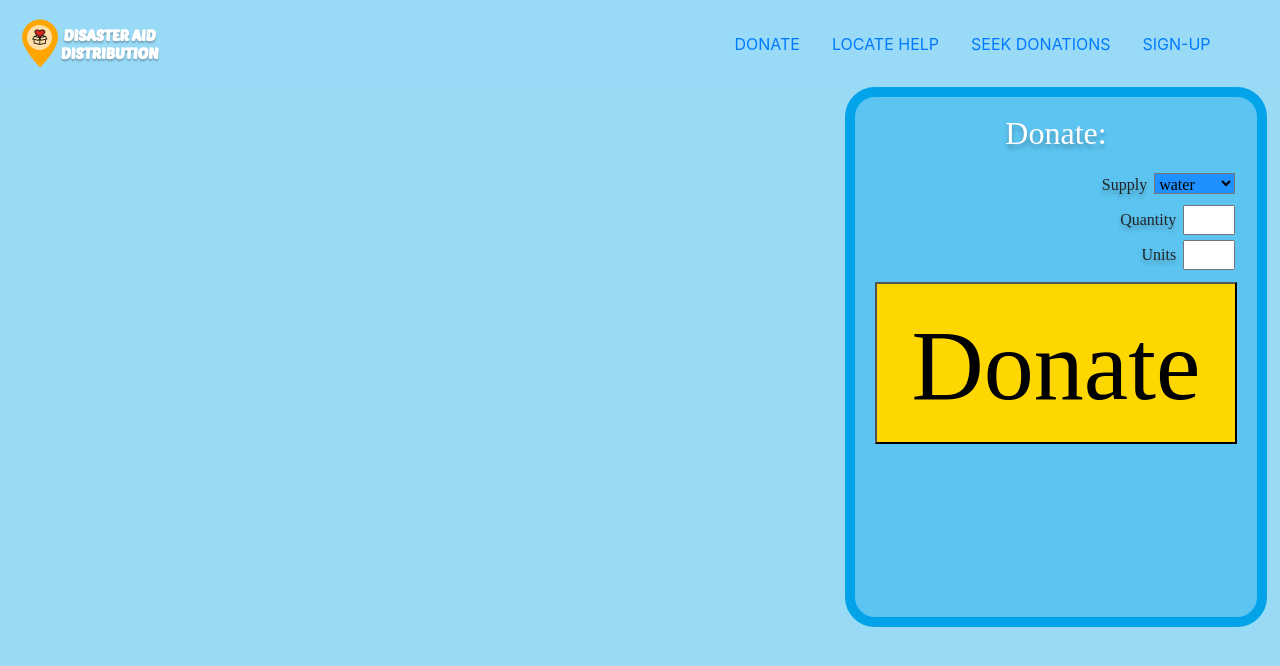
Repository: uprm-inso-4115-2019-2020-S2/semester-project-inso4115-DisasterAid-backend
Page: /donate-modal (app in disaster-aid/)
The author's editor kept a copy of each file at every save. The page is drawn from the files as they stood at one save, then again after the next save.
The browser window is 1280 px wide. The pictures show the whole page.
The project was rebuilt for these pictures with package versions that can differ from the ones it lists, and the page was loaded fresh each time. Also part of the build but not shown: disaster-aid/angular.json, disaster-aid/src/app/login/login.component.ts, disaster-aid/src/app/register/register.component.ts, disaster-aid/src/app/home/home.component.ts, disaster-aid/src/app/landing-page/landing-page.component.ts, disaster-aid/src/app/donations/donations.component.ts, disaster-aid/src/app/donations.service.ts.

Above is the page before, as saved 2020-05-09 02:01:04.

### disaster-aid/src/index.html
<!doctype html>
<html lang="en">
<head>
  <meta charset="utf-8">
  <title>DisasterAid</title>
  <base href="/">
  <meta name="viewport" content="width=device-width, initial-scale=1">
  <link rel="icon" type="image/x-icon" href="favicon.ico">
</head>
<body>
  <app-root></app-root>
</body>
</html>

### disaster-aid/src/styles.css
/* You can add global styles to this file, and also import other style files */

html { background-color:rgba(2, 163, 232, 0.4); }

### disaster-aid/src/app/app.module.ts
import { BrowserModule } from '@angular/platform-browser';
import { NgModule } from '@angular/core';
import { FormsModule, ReactiveFormsModule } from '@angular/forms';



import { AppRoutingModule } from './app-routing.module';
import { AppComponent } from './app.component';
import { RegisterComponent } from './register/register.component';
import { LoginComponent } from './login/login.component';
import { HttpClientModule } from '@angular/common/http';
import { HomeComponent } from './home/home.component'
import { UserApiService } from './userapi.service';
import { LandingPageComponent } from './landing-page/landing-page.component';
import { DonationsComponent } from './donations/donations.component';
import { DonateModalComponent } from './donate-modal/donate-modal.component';


@NgModule({
  declarations: [
    AppComponent,
    RegisterComponent,
    LoginComponent,
    HomeComponent,
    LandingPageComponent,
    DonationsComponent,
    DonateModalComponent,
  ],
  imports: [
    BrowserModule,
    AppRoutingModule,
    FormsModule,
    ReactiveFormsModule,
    HttpClientModule
  ],
  providers: [UserApiService],
  bootstrap: [AppComponent]
})
export class AppModule { }

### disaster-aid/src/app/app-routing.module.ts
import { NgModule } from '@angular/core';
import { Routes, RouterModule } from '@angular/router';
import {LoginComponent} from './login/login.component';
import { RegisterComponent } from './register/register.component';
import { HomeComponent } from './home/home.component';
import { LandingPageComponent } from './landing-page/landing-page.component';
import { DonationsComponent } from './donations/donations.component';
import { DonateModalComponent} from './donate-modal/donate-modal.component';


const routes: Routes = [
  { path: '', redirectTo: '/landing_page', pathMatch: 'full'}, //Make home the default landing page
  { path: 'register', component: RegisterComponent},
  { path: 'login', component: LoginComponent },
  { path: 'home', component: HomeComponent},
  { path: 'landing_page', component: LandingPageComponent },
  { path: 'my-donations', component: DonationsComponent },
  { path: 'donate-modal', component: DonateModalComponent},

];

@NgModule({
  imports: [RouterModule.forRoot(routes)],
  exports: [RouterModule]
})
export class AppRoutingModule { }

### disaster-aid/src/app/app.component.ts
import { Component } from '@angular/core';

@Component({
  selector: 'app-root',
  templateUrl: './app.component.html',
  styleUrls: ['./app.component.css']
})
export class AppComponent {
  title = 'disaster-aid';
}

### disaster-aid/src/app/userapi.service.ts
import { Injectable } from '@angular/core';
import { HttpClient, HttpErrorResponse, HttpHeaders } from '@angular/common/http';
import { User } from './user';
import { Observable, throwError } from 'rxjs';
import { catchError } from 'rxjs/operators';


@Injectable({
  providedIn: 'root'
})
export class UserApiService {

  constructor(private httpClient:HttpClient) { }

  private _handleError(error: HttpErrorResponse | any) {
    let data = {};
                data = {
                    reason: error && error.error.reason ? error.error.reason : '',
                    status: error.status
                };
                console.error(data);
                return throwError(error);
  }

    public server:String = " http://localhost:5000/";

   public getUsers() : Observable<User[]> {
     return this.httpClient
     .get<User[]>(this.server + "DAD/users")
     .pipe(catchError (this._handleError));
   }

   public getUser(userID : String): Observable<User> {
    return this.httpClient
    .get<User>(this.server + `DAD/users/${userID}`)
    .pipe(catchError (this._handleError));
  }

  public createUser(user: User): Observable<any> {

    const httpOptions = {
      headers: new HttpHeaders ({
        'Content-Type':'application/json',
        'Accept': 'application/json'
      })
    };
    return this.httpClient
    .post(this.server + "DAD/users", user, httpOptions)
    .pipe(catchError (this._handleError));;
  }


}

### disaster-aid/src/app/donate-modal/donate-modal.component.ts
import { Component, OnInit } from '@angular/core';

@Component({
  selector: 'app-donate-modal',
  templateUrl: './donate-modal.component.html',
  styleUrls: ['./donate-modal.component.css']
})
export class DonateModalComponent implements OnInit {

  constructor() { }

  ngOnInit(): void {
  }

}

### disaster-aid/src/app/donate-modal/donate-modal.component.html
<nav class="navbar navbar-light" style="background-color: rgba(2, 163, 232, 0.4);">
    <a class="navbar-brand mr-1" href="#"><img src="/assets/DAD_logo.png" style="width: 50%;"></a>
    <ul class="nav navbar-justified navbar-right ml-auto" style="margin-right: 3%;">
        <li class="nav-item">
            <a class="nav-link menuItem" routerLink="/my-donations"  >DONATE</a>
        </li>
        <li class="nav-item">
            <a class="nav-link menuItem"  href="#">LOCATE HELP</a>
        </li>
        <li class="nav-item">
            <a class="nav-link menuItem" href="#">SEEK DONATIONS</a>
        </li>
        <li class="nav-item">
            <a class="nav-link menuItem"  routerLink="/register" routerLinkActive="active">SIGN-UP</a>
        </li>
    </ul>
</nav>

<div class="donateBox">
    <p style="font-size: xx-large; text-align: center; padding-top: 3%; color: white;">Donate:</p>
    <!-- <form [formGroup]="loginForm" (ngSubmit)="onSubmit(loginForm.value)"> -->
        <div style="text-align: right; padding-right: 22px;">
            <div>
                <label for="Supply" style="padding-right: 7px;">Supply</label>
                <select id="supply" name="supply" class="select">
                    <option value="water">water</option>
                    <option value="food">food</option>
                    <option value="medicine">medicine</option>
                    <option value="clothing">clothing</option>

                </select>
            </div>
            <div>
                <label for="quantity" style="padding-right: 7px;">Quantity</label>
                <input type="number" id="quantity" name="quantity" min="1" max="5">
            </div>
            <div>
                <label for="units" style="padding-right: 7px;">Units</label>
                <input type="number" id="quantity" name="quantity" min="1" max="5">
            </div>
        </div>

        <div style="text-align: center;  padding-top: 7px;">
            <button class="donateButton" type="submit">Donate</button>
        </div>
    <!-- </form> -->

    <!-- <div style="text-align: center; padding-top: 5px; font-size: large;">
        <label style="color: white; padding-right: 5px;">Don't have an account?</label>
        <a routerLink="/register" routerLinkActive="active" style="color:#FFBC40 ;">Sign up</a>
    </div> -->

</div>

### disaster-aid/src/app/donate-modal/donate-modal.component.css
.donateBox {
    position: absolute;
    width: 33%;
    height: 75%;
    left: 66%;
    /* right: 10%;
    top: 10%; */

    background: rgba(2, 163, 232, 0.4);
    border: 10px solid #02A3E8;
    border-radius: 30px;
    font-family: 'Fredoka One', cursive;
    font-family: 'Gochi Hand', cursive;
    text-shadow: 0px 4px 4px rgba(0, 0, 0, 0.25);
}

.donateButton{
    text-align: center;
    padding-top: 7px;
    background: gold;
    width: 90%;
    font-size:100px
}

.select{
    background-color: dodgerblue;
    /* display: none; */
    position: relative;
    font-family: 'Gochi Hand', cursive;
}

Loaded but not shown: disaster-aid/src/main.ts (common file); disaster-aid/src/environments/environment.ts (common file); disaster-aid/src/app/app.component.html (common file); disaster-aid/src/app/app.component.css (no stored copy; drawn as an empty file)

After the next save:
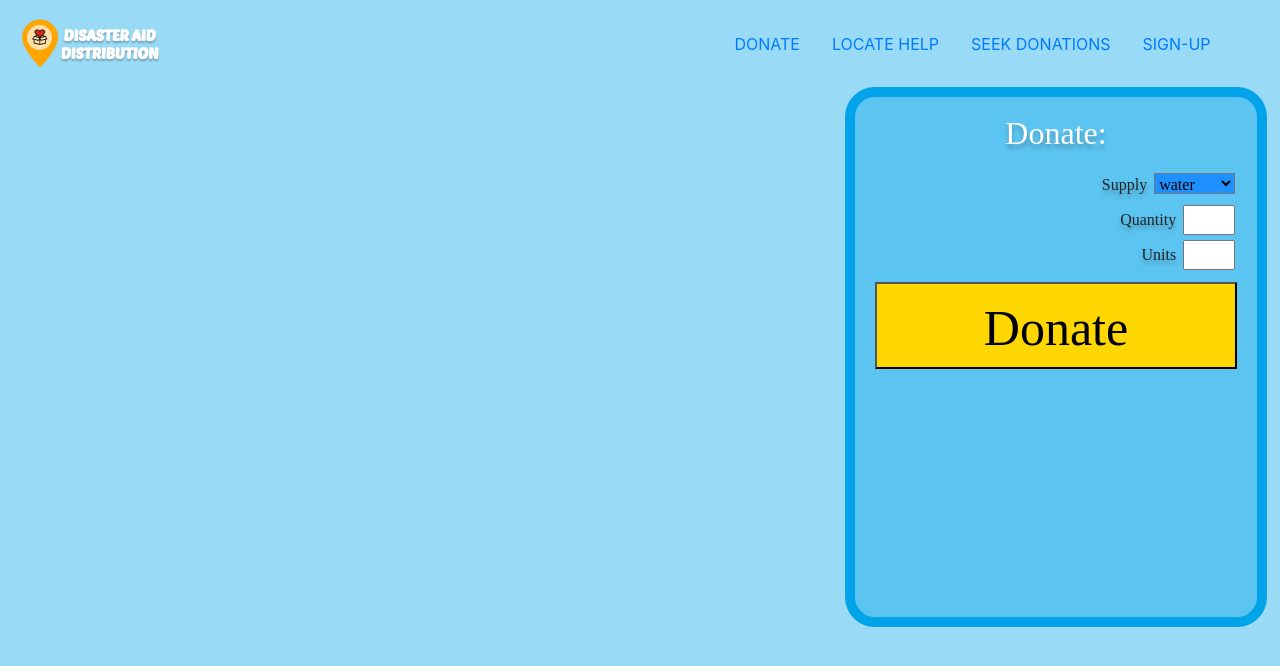
Saved 48 s later.
--- a/disaster-aid/src/app/donate-modal/donate-modal.component.css
+++ b/disaster-aid/src/app/donate-modal/donate-modal.component.css
@@ -19,7 +19,7 @@
     padding-top: 7px;
     background: gold;
     width: 90%;
-    font-size:100px
+    font-size:50px
 }
 
 .select{
